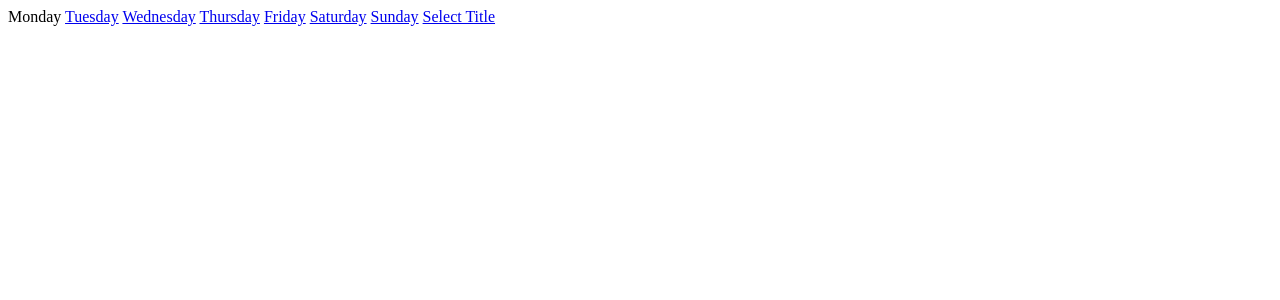
Repository: Art-of-Arts/dotFiles
Page: Documents/pages/index.html
These files come from the project's save history. The page is drawn as it stood at one moment and after the next save; the edit follows.
The browser window is 1280 px wide. The pictures show the whole page.

Above is the page before, as saved 2025-01-26 20:24:03.

### Documents/pages/index.html
<!DOCTYPE html>

<title>Select Title</title>

<!-- <div style="list-style: circle; list-style: none;"> -->
<span<a href="monday.html">Monday</a>
<a href="tuesday.html">Tuesday</a>
<a href="wednesday.html">Wednesday</a>
<a href="thrusday.html">Thursday</a>
<a href="friday.html">Friday</a>
<a href="saturday.html">Saturday</a>
<a href="sunday.html">Sunday</a>
<a href="html-selector-page.html">Select Title</a>
<!-- </div> -->

After the next save:
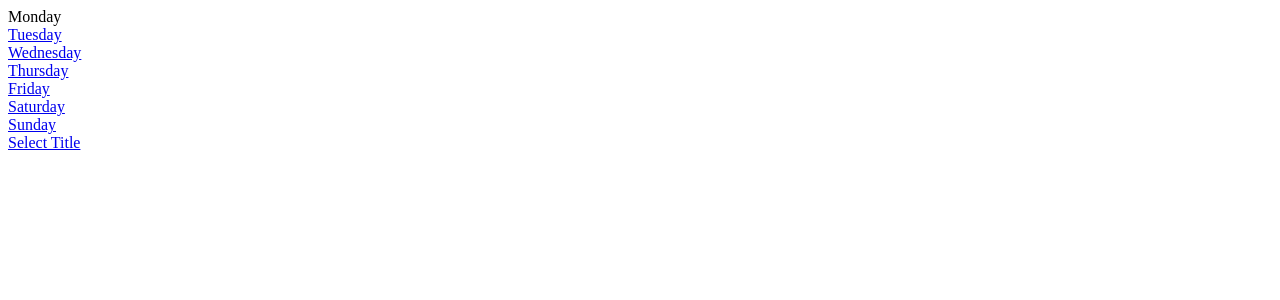
Saved 21 s later.
--- a/Documents/pages/index.html
+++ b/Documents/pages/index.html
@@ -3,7 +3,7 @@
 <title>Select Title</title>
 
 <!-- <div style="list-style: circle; list-style: none;"> -->
-<span<a href="monday.html">Monday</a>
+<span style="white-space: pre-line;"<a href="monday.html">Monday</a>
 <a href="tuesday.html">Tuesday</a>
 <a href="wednesday.html">Wednesday</a>
 <a href="thrusday.html">Thursday</a>
